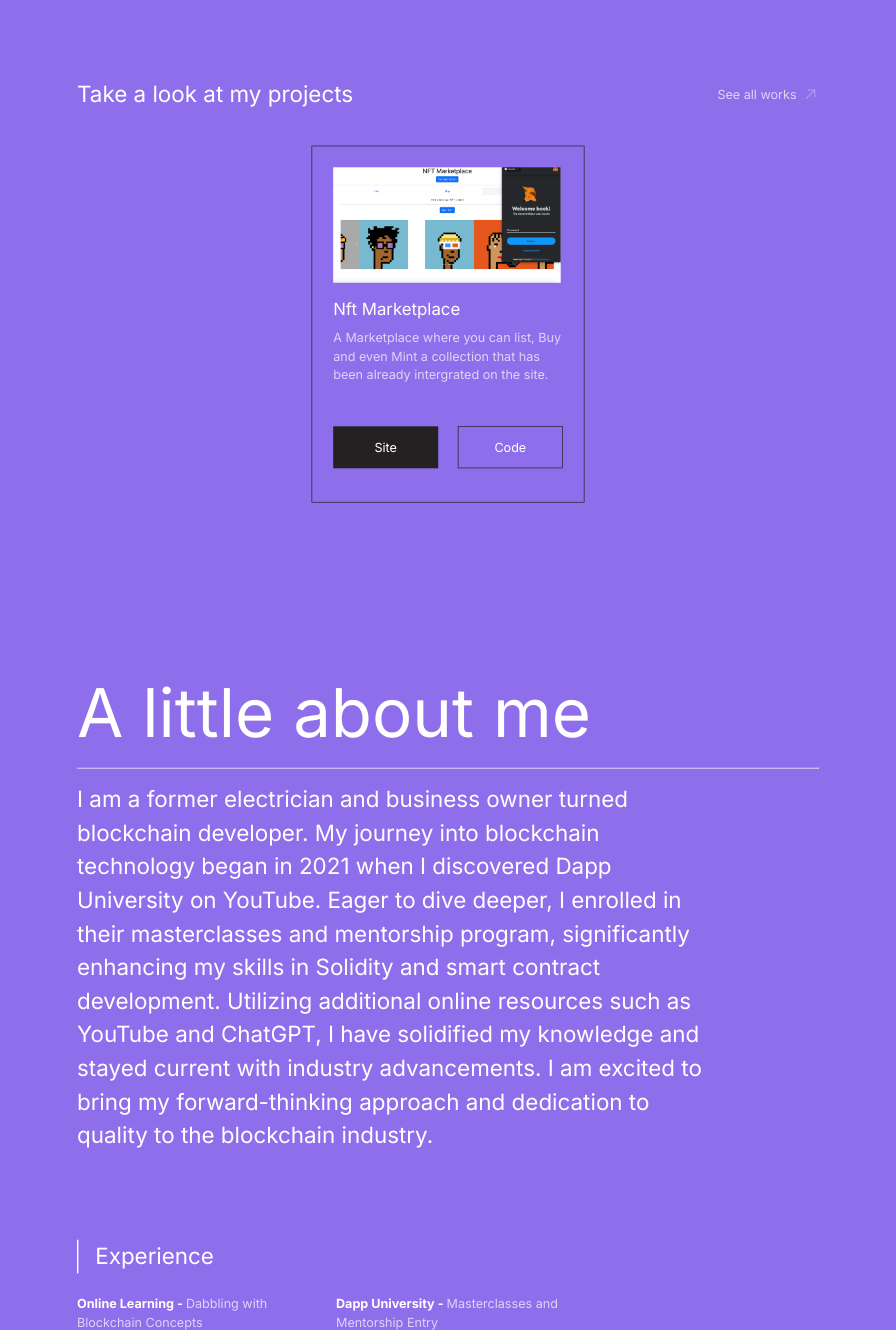
Repository: EyanIngles/Resume
Page: index.html
The author's editor kept a copy of each file at every save. The page is drawn from the files as they stood at one save, then again after the next save.
The browser window is 1280 px wide. The pictures show the part of the page from y = 850 to 2750 px (the page is 4848 px tall), at 70% of full size.

Above is the page before, as saved 2024-05-30 14:46:08.

### index.html
<!DOCTYPE html>
<html lang="en">

<head>
    <meta charset="UTF-8">
    <meta http-equiv="X-UA-Compatible" content="IE=edge">
    <meta name="viewport" content="width=device-width, initial-scale=1.0">
    <meta name="description" content="">
    <meta name="author" content="">

    <title>Eyan Ingles || Blockchain Developer</title>

    <!-- Google Fonts -->
    <link rel="preconnect" href="https://fonts.googleapis.com">
    <link rel="preconnect" href="https://fonts.gstatic.com" crossorigin>
    <link href="https://fonts.googleapis.com/css2?family=Inter:wght@100;200;300;400;500;600;700;800;900&display=swap"
        rel="stylesheet">

    <!-- Font Awesome -->
    <link href="vendor/fontawesome-free-5.15.4-web/css/all.min.css" rel="stylesheet">

    <!-- Custom styles for this template -->
    <link href="css/resume.css" rel="stylesheet">
</head>

<body>
    <header class="header">
        <div class="header-links flex-start">
            <div class="profile-container">
                <img class="profile" src="./img/profile.jpeg" alt="Profile Picture">
                <img class="ring" src="./img/Ring.svg" alt="Ring Border">
            </div>

            <ul class="flex-list list-items-circle">
                <li>
                    <a href="https://www.linkedin.com/">
                        <i class="fab fa-linkedin"></i>
                    </a>
                </li>
                <li>
                    <a href="https://github.com/EyanIngles">
                        <i class="fab fa-github"></i>
                    </a>
                </li>
            </ul>
        </div>

        <h1>
            Hi, I am Eyan Ingles<br />
            Blockchain developer
        </h1>

        <ul class="contact-details flex-list">
            <i class="fa fa-map"></i><li>Balranald 2715 NSW Australia</li>
            <hr />
            <i class="fa fa-phone"></i><li>(+61)74 528 301</li>
            <hr />
            <i class="fa fa-envelope"></i><li><a href="mailto: EyanIngles@gmail.com" style="border: none;">eyaningles29@gmail.com</a></li>
        </ul>
    </header>
    <main>

        <!-- PROJECTS -->

        <section class="section projects">
            <div class="flex-between">
                <h2>Take a look at my projects</h2>

                <a href="https://www.github.com/" class="projects-link flex-between">
                    See all works <img src="./img/ArrowUpRight.svg" alt="Arrow" style="margin-left: 8px; opacity: 0.7;">
                </a>
            </div>

            <div class="cards flex-center">

                <div class="card">
                    <img src="./img/projects/project1.png" alt="">
                    <h3 class="card-title">Nft Marketplace</h3>
                    <p class="card-description">A Marketplace where you can list, Buy and even Mint a collection that has been already intergrated on the site.</p>

                    <div class="card-buttons">
                        <a href="#" class="card-button--site">Site</a>
                        <a href="https://github.com/EyanIngles/marketplace-app" class="card-button--code">Code</a>
                    </div>
                </div>
            </div>
        </section>

        <!-- EXPIERENCE -->

        <section class="section experience">
            <h1>A little about me </h1><br/><hr/><br/>
            <p class="experience-description">
                I am a former electrician and business owner turned blockchain developer. My journey into blockchain
                technology began in 2021 when I discovered Dapp University on YouTube. Eager to dive deeper, I enrolled
                in their masterclasses and mentorship program, significantly enhancing my skills in Solidity and smart contract
                development. Utilizing additional online resources such as YouTube and ChatGPT, I have solidified my knowledge and
                stayed current with industry advancements. I am excited to bring my forward-thinking approach and dedication to quality
                to the blockchain industry.
                <img src="./img/Dot.svg" alt="Blue Dot">
            </p>

            <h2>Experience</h2>

            <div class="experience-cards flex-center">
                <div class="experience-card">
                    <h3 class="card-title">
                        Online Learning - <span class="highlight">Dabbling with Blockchain Concepts</span>
                    </h3>
                    <p class="card-years">2021-2024</p>

                    <ul class="card-list">
                        <li class="card-list-item">Leveraged online resources such as YouTube and ChatGPT to enhance and solidify my knowledge.</li>
                    </ul>
                </div>
                <div class="experience-card">
                    <h3 class="card-title">
                        Dapp University - <span class="highlight">Masterclasses and Mentorship Entry</span>
                    </h3>
                    <p class="card-years">2023-2024</p>

                    <ul class="card-list">
                        <li class="card-list-item">Currently, I am studying with Dapp University, participating in masterclasses and a mentorship program that have significantly enhanced my skills in blockchain development.</li>
                    </ul>
                </div>
            </div>
        </section>

        <!-- SKILLS -->

        <section class="section skills">
            <h2>Skills that I have</h2>

            <div class="skill-cards flex-center">
                <div class="skill-card flex-center">
                    <i class="fab fa-html5"></i>
                </div>
                <div class="skill-card flex-center">
                    <i class="fab fa-css3-alt"></i>
                </div>
                <div class="skill-card flex-center">
                    <i class="fab fa-js-square"></i>
                </div>
                <div class="skill-card flex-center">
                    <i class="fab fa-react"></i>
                </div>
                <div class="skill-card flex-center">
                    <i class="fab fa-node-js"></i>
                </div>
                <div class="skill-card flex-center">
                    <i class="fab fa-npm"></i>
                </div>
            </div>

            <ul class="skill-list flex-between">
                <li><img src="./img/Check.svg" alt="Checkmark"></li>
            </ul>
        </section>

        <!-- CONTACT -->

        <section class="section contact">
            <div class="contact-links flex-start">
                <div class="profile-container">
                    <img class="profile" src="./img/profile.jpeg" alt="Joe Blow">
                </div>

                <ul class="flex-list list-items-circle">
                    <li>
                        <a href="https://www.linkedin.com/">
                            <i class="fab fa-linkedin"></i>
                        </a>
                    </li>
                    <li>
                        <a href="https://github.com/EyanIngles">
                            <i class="fab fa-github"></i>
                        </a>
                    </li>
                </ul>

            </div>

            <h1>
                Get in touch
            </h1>

            <p>I am a former electrician and business owner turned blockchain developer. My interest
                in blockchain technology began in 2021 when I discovered Dapp University on YouTube.
                Since then, I have joined a mentorship program with Dapp University, and I am excited to
                see where my journey in this industry will take me!
            </p>

            <ul class="contact-details flex-list">
                <li>Balranald - NSW, 2715 Australia</li>
                <hr />
                <li>(+61)74 528 301</li>
                <hr />
                <li><a href="mailto: name@email.com">eyaningles29@email.com</a></li>
            </ul>
        </section>
    </main>
    <footer class="footer flex-center">
        <p><small>© Eyan Ingles 2024. All rights reserved.</small></p>
    </footer>

    <!-- Plugin JavaScript -->
    <script src="vendor/jquery/jquery.min.js"></script>
    <script src="vendor/jquery-easing/jquery.easing.min.js"></script>

    <!-- Custom scripts for this template -->
    <script src="js/resume.js"></script>
</body>

</html>

### css/resume.css
* {
    margin: 0;
    padding: 0;
    box-sizing: border-box;
}

:root {
    --black: #060003;
    --gray: #242123;
    --white: #FFFFFF;
    --blue: #8E6EEA;
    --border-gradient: linear-gradient(227.58deg, #F4492F -44.04%, #F367A5 42.36%, #553DEB 113.95%);

    --font-96: clamp(56px, 8vw, 96px);
    --font-40: clamp(24px, 6vw, 40px);
    --font-32: clamp(24px, 4vw, 32px);
}

html {
    font-family: "Inter";
    color: var(--white);

    overflow-x: hidden;
}

body {
    background-color: var(--blue);
}

/* TYPOGRAPHY */
h1 {
    font-style: normal;
    font-weight: 400;
    font-size: var(--font-96);
    line-height: 116px;
}

h2 {
    font-weight: 400;
    font-size: var(--font-32);
    line-height: 150%;
    margin-bottom: 30px;
}

p,
a {
    font-weight: 400;
    font-size: 18px;
    line-height: 150%;
    text-decoration: none;
}

p {
    opacity: 0.7;
}

/* LAYOUTS */

.flex-center {
    display: flex;
    justify-content: center;
    align-items: center;
}

.flex-start {
    display: flex;
    justify-content: flex-start;
    align-items: center;
}

.flex-between {
    display: flex;
    justify-content: space-between;
    align-items: center;
    flex-wrap: wrap;
}

/* === UNIVERSAL STYLES === */

/* List */

.flex-list {
    display: flex;
    justify-content: center;
    align-items: center;
    flex-wrap: wrap;
    list-style: none;
}

.flex-list li {
    margin: 12px;
    transition: 250ms ease all;
}

.flex-list li a {
    color: var(--white);
    text-decoration: none;
    opacity: 1;

    display: block;
    transition: 250ms ease all;
}

.list-items-circle li a {
    border: 2px solid var(--black);
    border-radius: 50%;
}

.list-items-circle li a:hover {
    background-color: var(--white);
    border: 2px solid var(--white);
}

.list-items-circle li a .fab {
    width: 80px;
    height: 80px;
    font-size: 30px;

    display: flex;
    justify-content: center;
    align-items: center;
    border-radius: 50%;

    transition: 250ms ease all;
}

.list-items-circle li a:hover .fab {
    color: var(--black);
}

.contact .list-items-circle li a {
    border: 2px solid var(--white);
}

.contact .list-items-circle li a:hover {
    background-color: var(--white);
    border: 2px solid var(--white);
}

.flex-list hr {
    height: 30px;
    margin: 0 50px;
}

/* Profile Image */

.profile-container {
    min-width: 88px;
    width: 88px;
    height: 88px;
    margin: 12px;
    position: relative;
}

.profile-container .profile {
    position: absolute;
    top: 50%;
    left: 50%;
    transform: translate(-50%, -50%);

    width: 80px;
    height: 80px;
    border-radius: 50%;
}

.profile-container .ring {
    position: absolute;
    top: 50%;
    left: 50%;
    transform: translate(-50%, -50%);
}

.header,
.section {
    min-height: 850px;
    padding: 110px;
}

/* HEADER */

.header {
    background-image: url('../img/Background.png');
    background-repeat: no-repeat;
    background-size: cover;

    display: flex;
    flex-direction: column;
    justify-content: flex-end;
    align-items: flex-start;
}

.header .header-links,
.contact .contact-links,
.header h1 {
    color: var(--black);
    margin-bottom: 45px;
}

.header .flex-list {
    color: var(--black);
}

.header .flex-list li a {
    color: var(--black);
}

.header .flex-list li:hover,
.header .flex-list li a:hover {
    color: var(--white);
}

.header .flex-list hr {
    border: 1px solid var(--black);
}

/* === ABOUT === */

.about {
    background-image: url('../img/Vector.png');
    background-repeat: no-repeat;
    background-size: cover;
    background-position: center;
}

.about h2 {
    max-width: 900px;
    font-weight: 400;
    font-size: var(--font-40);
    line-height: 150%;

    margin-bottom: 180px;
}

.about .achievements {
    list-style: none;

}

.about .achievements li {
    margin: 15px 0;
}

/* === PROJECTS === */

.projects .projects-link {
    color: var(--white);
    margin-bottom: 30px;

    opacity: 0.7;
    transition: 250ms ease all;
}

.projects .projects-link:hover {
    opacity: 1;
}

.projects .cards {
    justify-content: space-evenly;
    flex-wrap: wrap;
}

.projects .card {
    border: 1px solid var(--gray);

    height: 510px;
    max-width: 390px;
    padding: 30px;
    margin: 20px auto;
}

.projects .card img {
    width: 100%;
    max-width: 325px;
    height: auto;
    margin: 0 auto 16px;
}

.projects .card .card-title {
    font-weight: 400;
    font-size: 24px;
    line-height: 150%;
    margin-bottom: 8px;
}

.projects .card .card-description {
    margin-bottom: 60px;
}

.projects .card .card-buttons {
    display: flex;
    justify-content: space-between;
}

.projects .card .card-buttons .card-button--site,
.projects .card .card-buttons .card-button--code {
    width: 150px;
    height: 60px;

    display: flex;
    justify-content: center;
    align-items: center;

    opacity: 1;
    color: var(--white);

    transition: 250ms ease all;
}

.projects .card .card-buttons .card-button--site {
    background-color: var(--gray);
}

.projects .card .card-buttons .card-button--code {
    border: 1px solid var(--gray);
}

.projects .card .card-buttons .card-button--site:hover,
.projects .card .card-buttons .card-button--code:hover {
    background-color: var(--white);
    color: var(--black);
}

/* === EXPERIENCE === */

.experience-description {
    max-width: 900px;
    margin-bottom: 125px;

    font-weight: 400;
    font-size: var(--font-32);
    line-height: 150%;

    opacity: 1;
    position: relative;
}

.experience-description img {
    position: absolute;
    top: 50%;
    right: -200px;
    transform: translate(-50%, -50%);

    pointer-events: none;
}

.experience h2 {
    border-left: 2px solid var(--white);
    padding-left: 24px;
}

.experience .experience-cards {
    justify-content: flex-start;
    align-items: flex-start;
    flex-wrap: wrap;
}

.experience .experience-card {
    width: 370px;
    padding: 0 30px 30px 0;
}

.experience .experience-card .card-title {
    font-size: 18px;
    line-height: 150%;
}

.experience .experience-card .card-title .highlight {
    opacity: 0.7;
    font-weight: 400;
}

.experience .experience-card .card-years {
    color: var(--blue);
    font-weight: 500;
    font-size: 18px;
    line-height: 150%;
    margin-bottom: 24px;
    opacity: 1;
}

.experience .experience-card .card-list .card-list-item {
    margin: 0 0 16px 16px;
    opacity: 0.7;
}

/* === SKILLS === */

.skills {
    background-image: url('../img/Vector.png');
    background-repeat: no-repeat;
    background-size: cover;
}

.skills .skill-cards {
    flex-wrap: wrap;
}

.skills .skill-card {
    background-image: url('../img/Background.jpg');
    background-repeat: no-repeat;
    background-size: cover;
    background-color: #060003;
    background-blend-mode: darken;
    width: 170px;
    height: 170px;
    margin: 0 30px 30px 0;
    border: 1px solid var(--gray);

    cursor: pointer;

    transition: 500ms ease all;
}

.skills .skill-card .fab {
    font-size: 80px;
    opacity: 0.7;
    transition: 500ms ease all;
}

.skills .skill-card:hover {
    background-blend-mode: normal;
}

.skills .skill-card:hover .fab {
    opacity: 1;
}

.skills .skill-list {
    list-style: none;
    flex-wrap: wrap;
}

.skills .skill-list li {
    display: flex;
    justify-content: center;
    align-items: center;
}

.skills .skill-list li img {
    margin: 10px;
}

/* === CONTACT === */

.contact {
    display: flex;
    flex-direction: column;
    justify-content: center;
    align-items: flex-start;
}

.contact h1,
.contact p {
    max-width: 750px;
    margin-bottom: 45px;
}

.contact .flex-list li:hover,
.contact .flex-list li a:hover {
    color: var(--blue);
}

/* === FOOTER === */

.footer {
    min-height: 88px;
    background-color: var(--gray);
}

/* === MEDIA STYLES === */

@media all and (max-width: 1200px) {
    .contact-details {
        align-items: flex-start;
        flex-direction: column;
    }

    .contact-details li {
        margin: 10px;
    }

    .contact-details li a {
        margin: 0;
    }

    .contact-details hr {
        display: none;
    }
}

@media all and (max-width: 992px) {
    .skills .skill-card {
        width: 125px;
        height: 125px;
    }
}

@media all and (max-width: 767px) {

    .header,
    .section {
        padding: 40px;
    }
}

### js/resume.js
// Include JavaScript Functionality Here...

Loaded but not shown: vendor/fontawesome-free-5.15.4-web/css/all.min.css (library); vendor/jquery/jquery.min.js (library); vendor/jquery-easing/jquery.easing.min.js (common file)

After the next save:
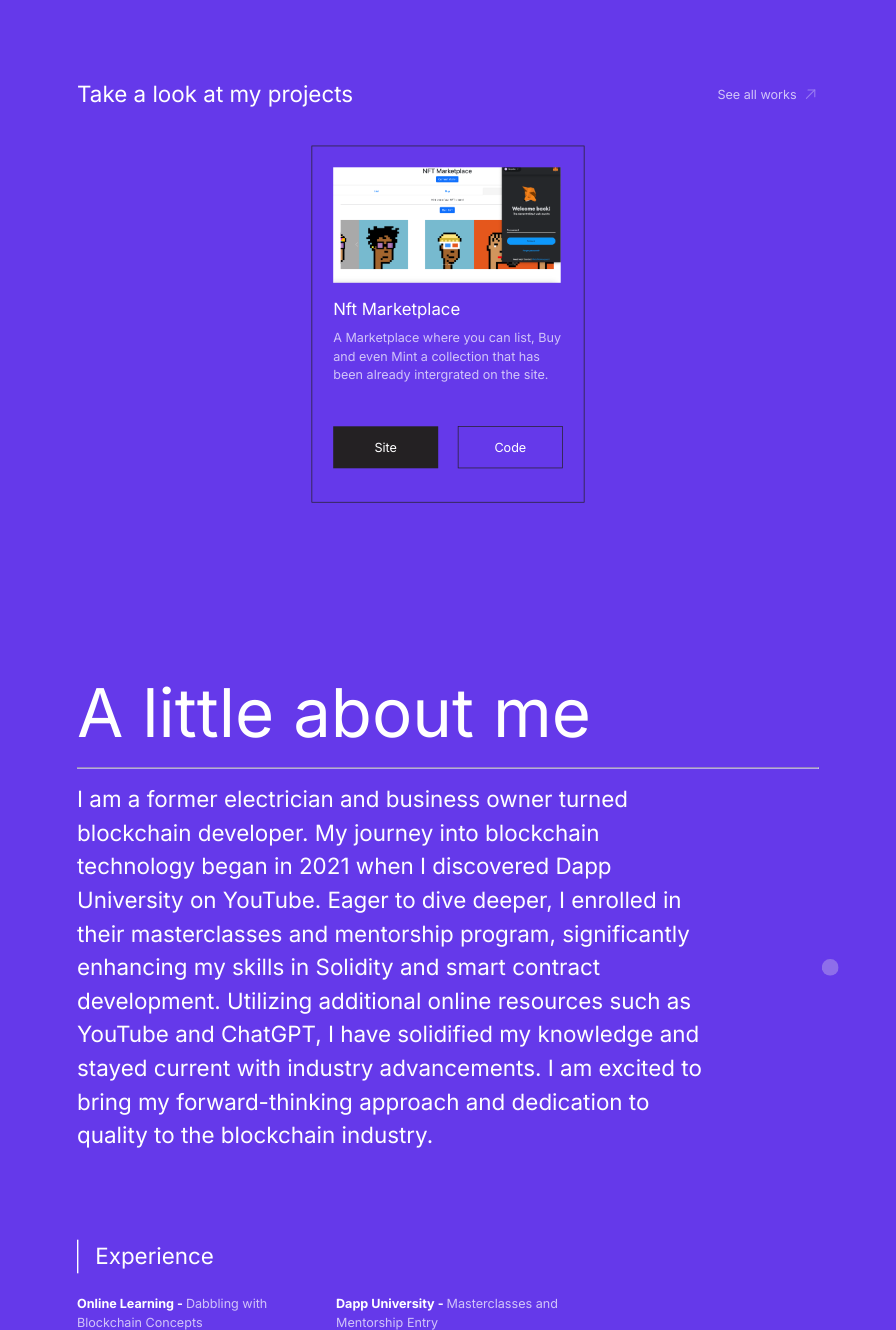
Saved 23 s later.
--- a/css/resume.css
+++ b/css/resume.css
@@ -8,7 +8,7 @@
     --black: #060003;
     --gray: #242123;
     --white: #FFFFFF;
-    --blue: #8E6EEA;
+    --blue: #6539ea;
     --border-gradient: linear-gradient(227.58deg, #F4492F -44.04%, #F367A5 42.36%, #553DEB 113.95%);
 
     --font-96: clamp(56px, 8vw, 96px);
